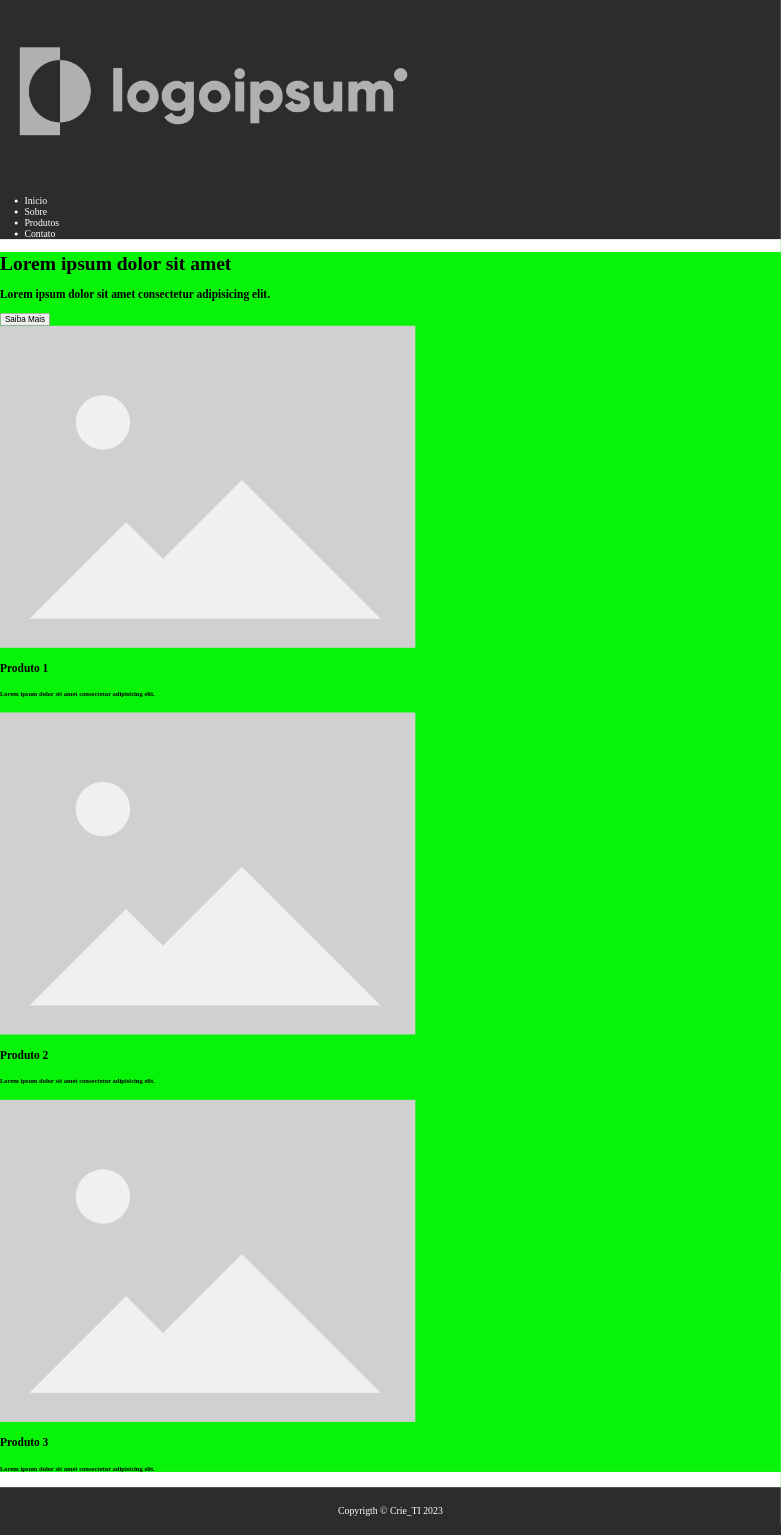
Repository: robsonwssantos/Projeto_Olaria
Page: Exercicios/ex.01/index.html
These files come from the project's save history. The page is drawn as it stood at one moment and after the next save; the edit follows.
The browser window is 1280 px wide. The pictures show the whole page, at 61% of full size.

Above is the page before, as saved 2023-04-20 22:15:22.

### Exercicios/ex.01/index.html
<!DOCTYPE html>
<html lang="pt-BR">
<head>
    <meta charset="UTF-8">
    <meta http-equiv="X-UA-Compatible" content="IE=edge">
    <meta name="viewport" content="width=device-width, initial-scale=1.0">
    <title>Desafio HTML-CSS</title>

    <style>
        body {
            margin: 0;
        }

        nav {
            color: #fff;
            background-color: rgb(44, 44, 44);
        }

        main {
            background-color: rgb(7, 243, 7);
        }




        footer {
            text-align: center;
            padding-top: 30px;
            padding-bottom: 30px;
            background-color: rgb(44, 44, 44);
            color: #fff;
        }

    </style>

</head>
<body>
    <header>
        <nav>
           <img src="logo.png" alt="">
           <ul>
                <li>Inicio</li>
                <li>Sobre</li>
                <li>Produtos</li>
                <li>Contato</li>
           </ul>
        </nav>
    </header>
   <main>
        <div>
            <h1>Lorem ipsum dolor sit amet</h1>
            <h3>Lorem ipsum dolor sit amet consectetur adipisicing elit.</h3>
            <button>Saiba Mais</button>
        </div>
        <div>
            <img src="placeholder.png" alt="">
            <h3>Produto 1</h3>
            <h6>Lorem ipsum dolor sit amet consectetur adipisicing elit.</h6>
        </div>
        <div>
            <img src="placeholder.png" alt="">
            <h3>Produto 2</h3>
            <h6>Lorem ipsum dolor sit amet consectetur adipisicing elit.</h6>
        </div>
        <div>
            <img src="placeholder.png" alt="">
            <h3>Produto 3</h3>
            <h6>Lorem ipsum dolor sit amet consectetur adipisicing elit.</h6>
        </div>
   </main>

    <footer>
        Copyrigth © Crie_TI 2023
    </footer>
</body>
</html>

After the next save:
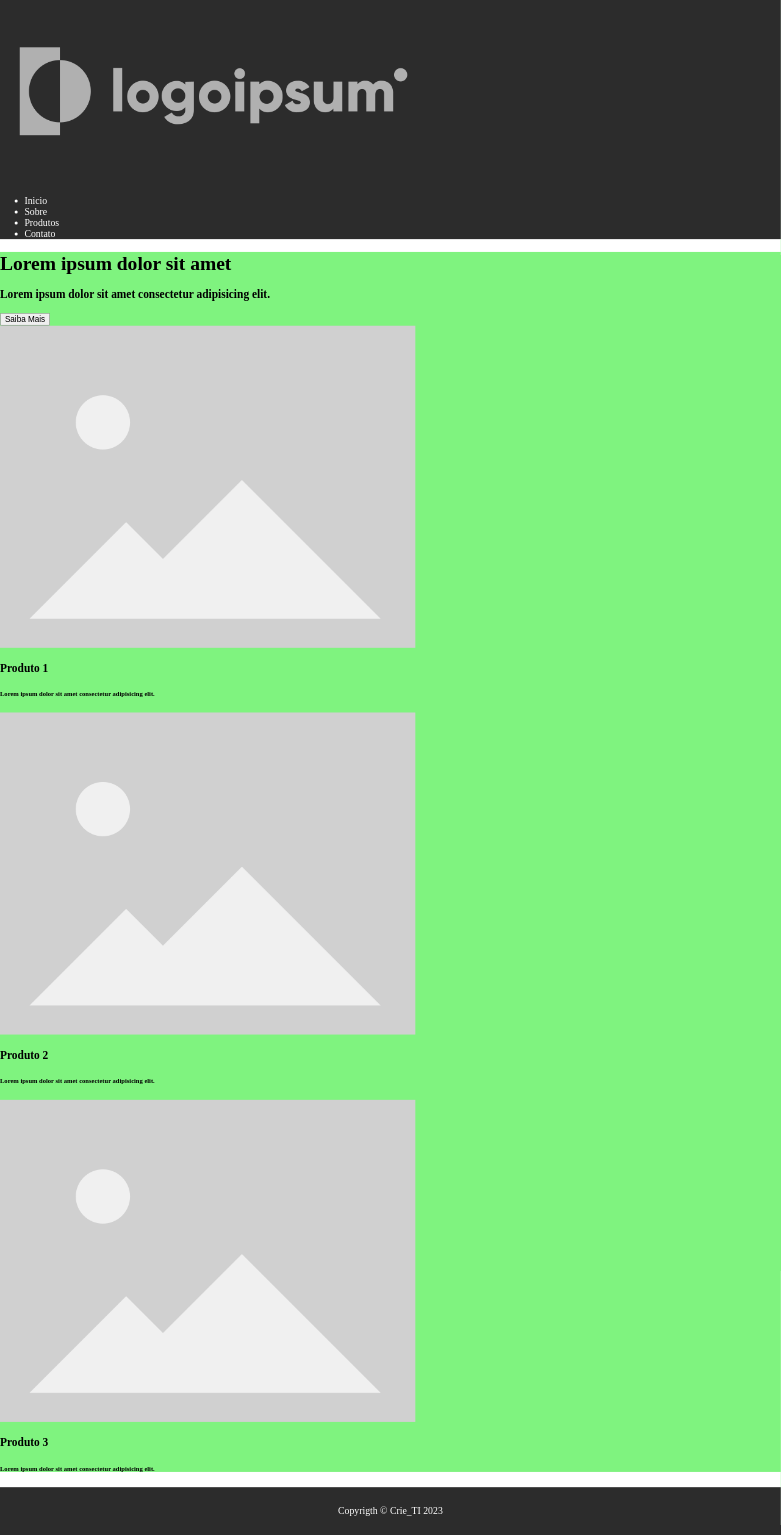
Saved 13 s later.
--- a/Exercicios/ex.01/index.html
+++ b/Exercicios/ex.01/index.html
@@ -17,7 +17,7 @@
         }
 
         main {
-            background-color: rgb(7, 243, 7);
+            background-color: rgb(127, 243, 127);
         }
 
 
